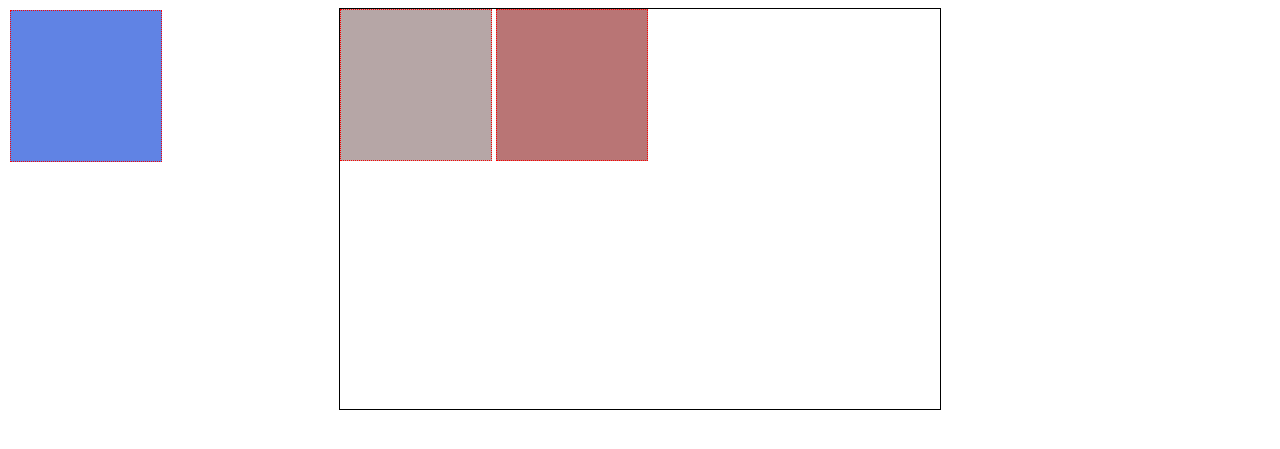
Repository: LstHeart/html-learning
Page: css/static和relative定位.html
The author's editor kept a copy of each file at every save. The page is drawn from the files as they stood at one save, then again after the next save.
The browser window is 1280 px wide. The pictures show the whole page.

Above is the page before, as saved 2021-01-06 20:46:18.

After the next save:
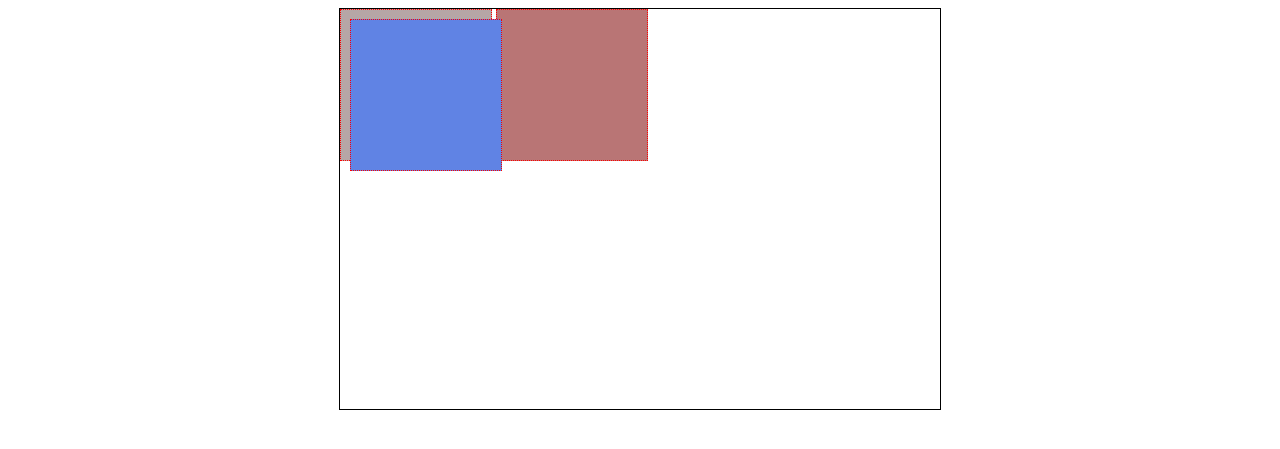
Saved 8 s later.
--- a/css/static和realtive.css
+++ b/css/static和realtive.css
@@ -23,8 +23,8 @@
 }
 .box2{
     /* position: relative; */
-    /* position: absolute; */
-    position: fixed;
+    position: absolute;
+    /* position: fixed; */
     left: 10px;
     top: 10px;
     background-color: rgb(96, 131, 228);
